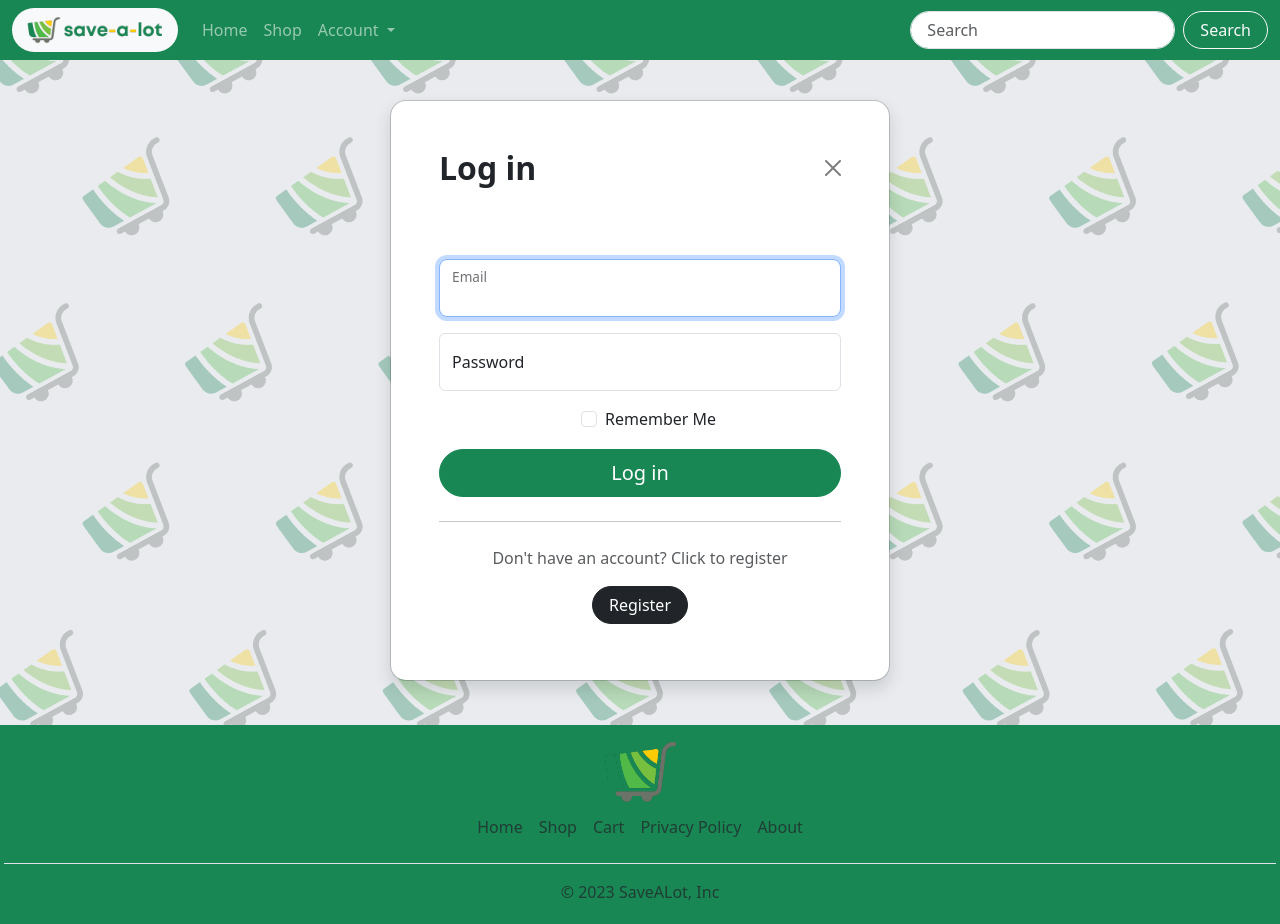
Repository: bill071194/savealot
Page: http://localhost/login
The author's editor kept a record of every edit. The page is drawn from the files as they stood at one moment, then again after the next edit.
The browser window is 1280 px wide. The pictures show the whole page.
The page is served by the project's Laravel application, run on PHP 8.4 with Laravel 10.

Above is the page before.

After the next edit:
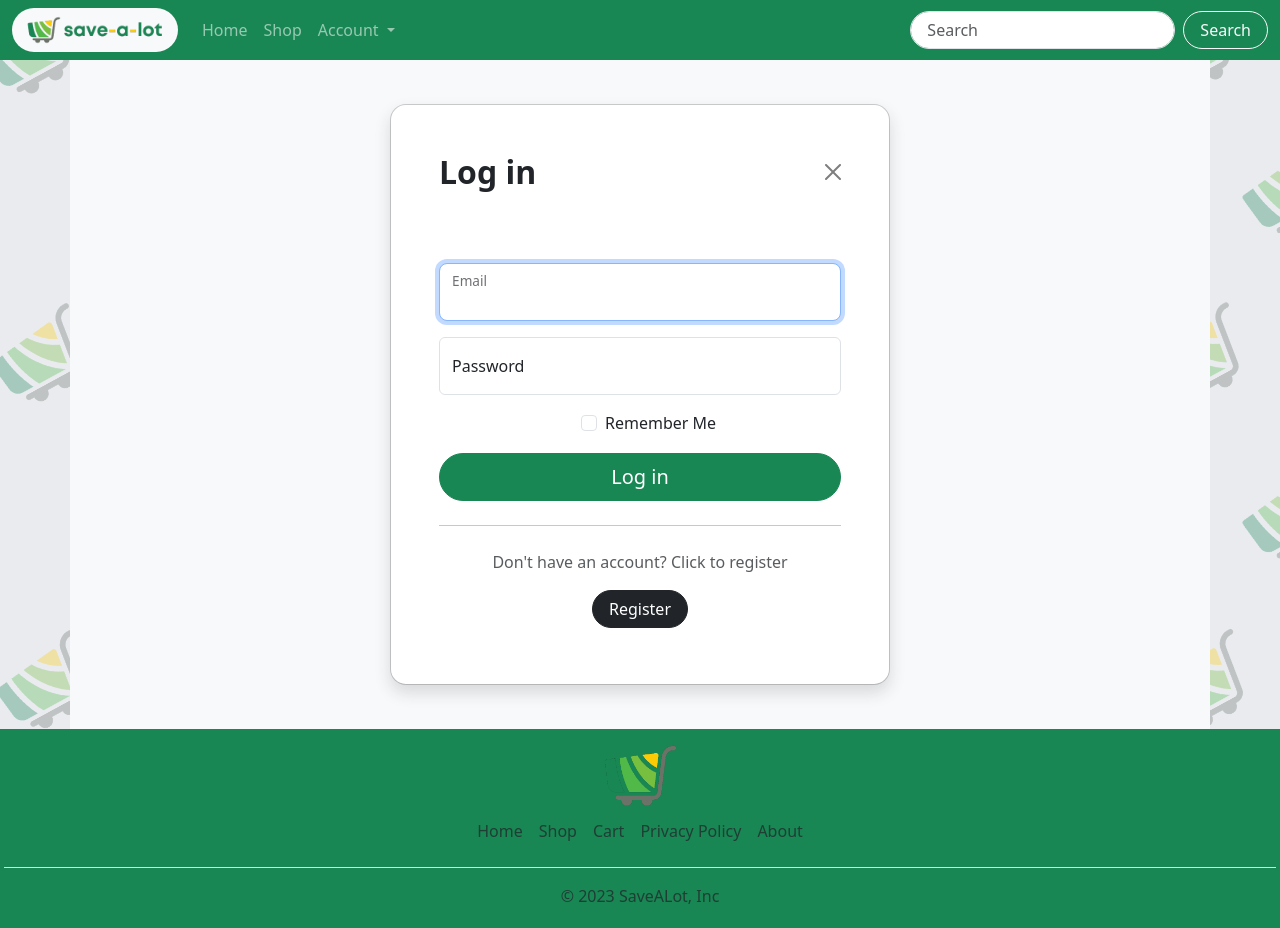
The edit:
--- a/savealot/resources/views/layouts/base.blade.php
+++ b/savealot/resources/views/layouts/base.blade.php
@@ -76,7 +76,7 @@
 		</div>
 	</nav>
 
-	<main style="margin-top: 3.5rem" class="container p-3 flex-grow-1">
+	<main style="margin-top: 3.75rem" class="container p-3 flex-grow-1 bg-light">
 		@yield('main')
 	</main>
 
